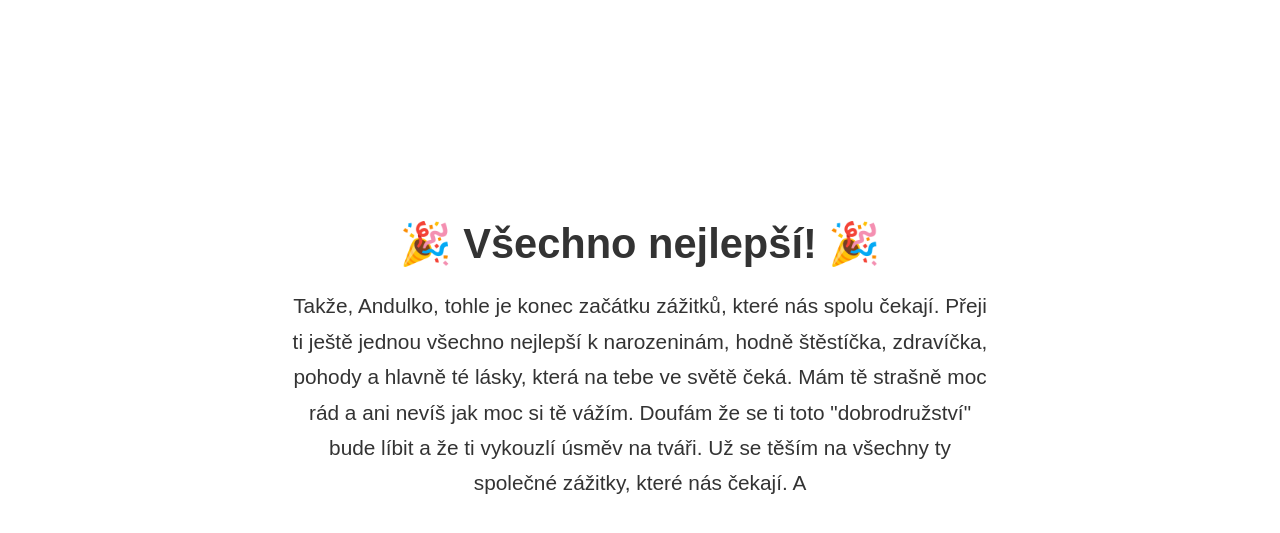
Repository: DanielMicka/darek
Page: html/pranicko.html
An editor plug-in stored every save of this project. The page is shown before and after a run of saves, followed by the edit.
The browser window is 1280 px wide. The pictures show the whole page.

Above is the page before, as saved 2026-06-13 20:36:16.

### html/pranicko.html
<!DOCTYPE html>
<html lang="cs">
<head>
    <meta charset="UTF-8">
    <title>Přáníčko 🎁</title>
    <link rel="stylesheet" href="styles.css">

    <style>
        .wish-text {
            font-size: 1.3rem;
            line-height: 1.7;
            margin-top: 20px;
        }

        .wish-img {
            width: 260px;
            margin-top: 25px;
            border-radius: 12px;
        }
    </style>
</head>
<body>

<div class="container fade">

    <h1>🎉 Všechno nejlepší! 🎉</h1>

    <p class="wish-text">
        Takže, Andulko, tohle je konec začátku zážitků, které nás spolu čekají. Přeji ti ještě jednou všechno nejlepší k narozeninám, hodně štěstíčka, zdravíčka, pohody a hlavně té lásky, která na tebe ve světě čeká. Mám tě strašně moc rád a ani nevíš jak moc si tě vážím. Doufám že se ti toto "dobrodružství" bude líbit a že ti vykouzlí úsměv na tváři. Už se těším na všechny ty společné zážitky, které nás čekají. A

### html/styles.css
/* Reset */
* {
    margin: 0;
    padding: 0;
    box-sizing: border-box;
}

body {
    font-family: "Poppins", sans-serif;
    background: white;
    color: #333;
    display: flex;
    justify-content: center;
    align-items: center;
    min-height: 100vh; /* vždy na střed */
    text-align: center;
    padding: 20px;
}

/* Kontejner pro obsah */
.container {
    max-width: 700px;
    width: 100%;
}

/* Obrázky */
img {
    max-width: 100%;
    height: auto;
}

/* Tlačítko */
.btn {
    margin-top: 35px;
    padding: 15px 35px;
    font-size: 1.2rem;
    border: none;
    border-radius: 30px;
    background: #4aa3ff;
    color: white;
    cursor: pointer;
    transition: 0.3s;
}

.btn:hover {
    background: #1f8bff;
    transform: scale(1.05);
}

/* Nadpisy */
h1 {
    font-size: 2.6rem;
    margin-bottom: 15px;
}

h2 {
    font-size: 2rem;
    margin-bottom: 15px;
}

/* Animace */
@keyframes fadeIn {
    from { opacity: 0; transform: translateY(20px); }
    to   { opacity: 1; transform: translateY(0); }
}

.fade {
    animation: fadeIn 1.2s ease;
}
.cake-wrapper {
    position: relative;
    display: inline-block;
}

.cake {
    width: 350px;
}

/* Všechny svíčky */
.candle {
    position: absolute;
    width: 80px; /* upravíš podle obrázku */
    cursor: pointer;
}
/* Svíčka 1 */
.c1 {
    top: 1%;
    left: 18%;
}

/* Svíčka 2 */
.c2 {
    top: 0%;
    left: 40%;
}

/* Svíčka 3 */
.c3 {
    top: 0.1%;
    left: 58%;
}

/* Svíčka 4 */
.c4 {
    top: 6%;
    left: 30%;
}

/* Svíčka 5 */
.c5 {
    top: 6%;
    left: 50%;
}

After the next 6 saves:
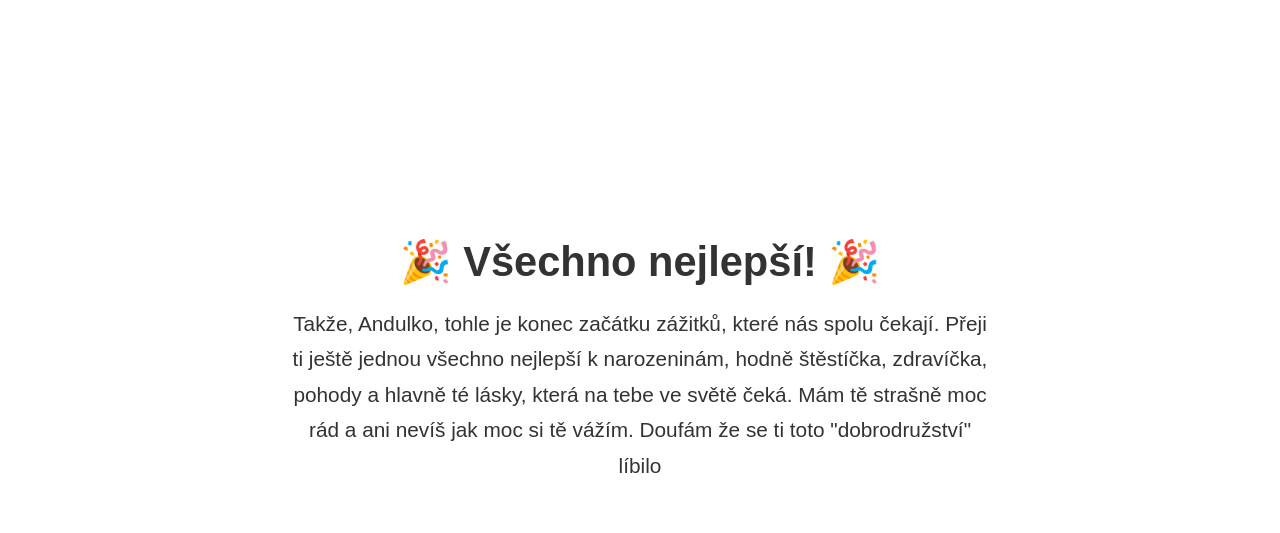
The 6 saves are shown as one change because they came seconds apart.
The last was saved 17 s later.
--- a/html/pranicko.html
+++ b/html/pranicko.html
@@ -26,4 +26,4 @@
     <h1>🎉 Všechno nejlepší! 🎉</h1>
 
     <p class="wish-text">
-        Takže, Andulko, tohle je konec začátku zážitků, které nás spolu čekají. Přeji ti ještě jednou všechno nejlepší k narozeninám, hodně štěstíčka, zdravíčka, pohody a hlavně té lásky, která na tebe ve světě čeká. Mám tě strašně moc rád a ani nevíš jak moc si tě vážím. Doufám že se ti toto "dobrodružství" bude líbit a že ti vykouzlí úsměv na tváři. Už se těším na všechny ty společné zážitky, které nás čekají. A
+        Takže, Andulko, tohle je konec začátku zážitků, které nás spolu čekají. Přeji ti ještě jednou všechno nejlepší k narozeninám, hodně štěstíčka, zdravíčka, pohody a hlavně té lásky, která na tebe ve světě čeká. Mám tě strašně moc rád a ani nevíš jak moc si tě vážím. Doufám že se ti toto "dobrodružství" líbilo
